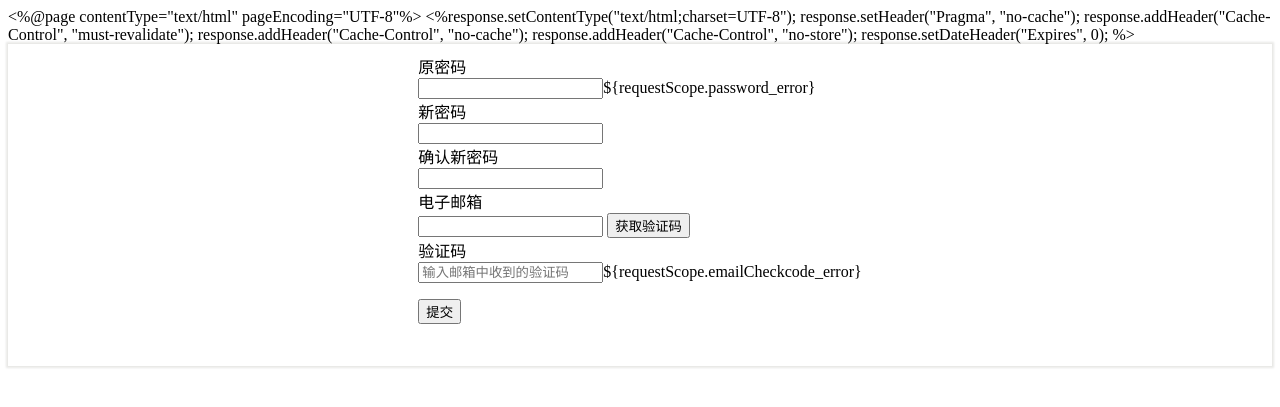
Repository: IAmJiangWenHao/ReportServer
Page: web/demo.html
These files come from the project's save history. The page is drawn as it stood at one moment and after the next save; the edit follows.
The browser window is 1280 px wide. The pictures show the whole page.

Above is the page before, as saved 2023-06-01 10:23:45.

After the next save:
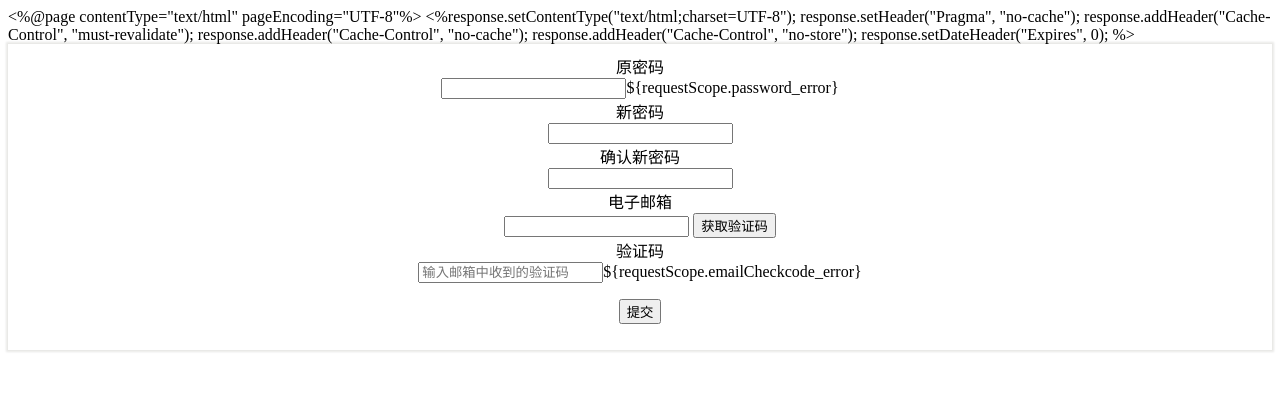
Saved 19 s later.
--- a/web/demo.html
+++ b/web/demo.html
@@ -51,8 +51,8 @@
       box-shadow: 0 0 10px 5px rgba(30, 30, 4, 0.3);
     }
     </style>
-    <div id="course1">
-      <form action="SetPasswordEmail.do" method="post" name="form1" onSubmit="return Check()">
+    <div >
+      <form id="course1" action="SetPasswordEmail.do" method="post" name="form1" onSubmit="return Check()">
         原密码 <div id="old"><input type="password" name="oldpass" >${requestScope.password_error}</div>
         新密码 <div id="new"><input type="password" name="newpass" ><div id="info_newpass" style="color: #ff0000;display:inline;"></div></div>
         确认新密码 <div id="comfirm"><input type="password" name="confirmpass"  ><div id="info_confirm" style="color: #ff0000;display:inline;"></div> </div>

After the save that followed:
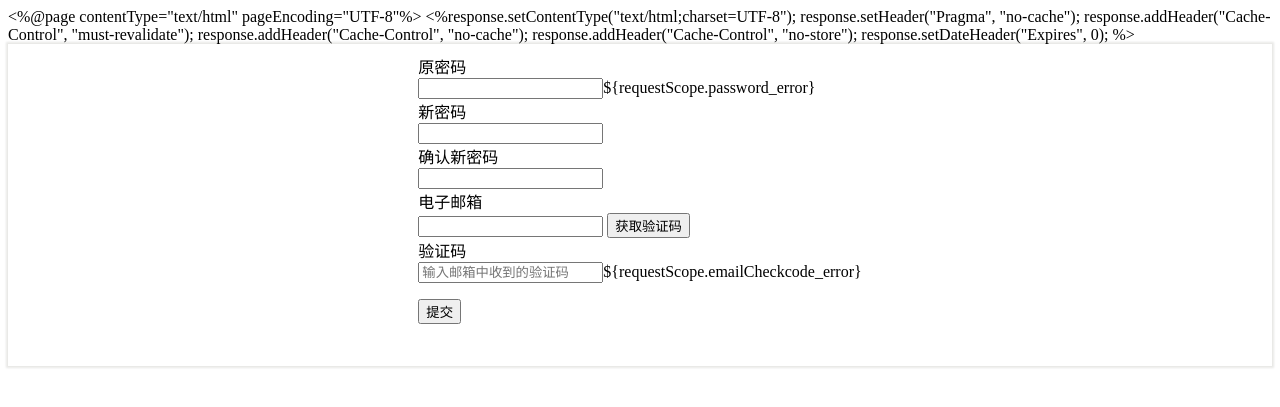
Saved 8 s later.
--- a/web/demo.html
+++ b/web/demo.html
@@ -51,8 +51,8 @@
       box-shadow: 0 0 10px 5px rgba(30, 30, 4, 0.3);
     }
     </style>
-    <div >
-      <form id="course1" action="SetPasswordEmail.do" method="post" name="form1" onSubmit="return Check()">
+    <div id="course1">
+      <form action="SetPasswordEmail.do" method="post" name="form1" onSubmit="return Check()">
         原密码 <div id="old"><input type="password" name="oldpass" >${requestScope.password_error}</div>
         新密码 <div id="new"><input type="password" name="newpass" ><div id="info_newpass" style="color: #ff0000;display:inline;"></div></div>
         确认新密码 <div id="comfirm"><input type="password" name="confirmpass"  ><div id="info_confirm" style="color: #ff0000;display:inline;"></div> </div>
